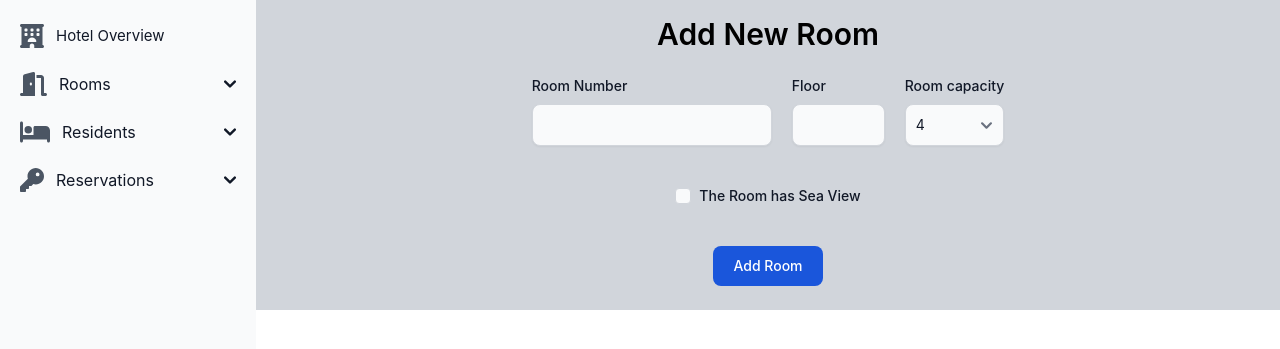
Repository: aggepap/hotelReservationsProj
Page: /rooms/add (app in admin-panel/)
An editor plug-in stored every save of this project. The page is shown before and after the next save, followed by the edit.
The browser window is 1280 px wide. The pictures show the whole page.
The project was rebuilt for these pictures with package versions that can differ from the ones it lists, and the page was loaded fresh each time. Also part of the build but not shown: admin-panel/vite.config.ts, admin-panel/src/views/HomeView.vue.

Above is the page before, as saved 2025-01-19 16:33:55.

### admin-panel/index.html
<!DOCTYPE html>
<html lang="">
  <head>
    <meta charset="UTF-8" />
    <link rel="icon" href="/favicon.ico" />
    <meta name="viewport" content="width=device-width, initial-scale=1.0" />
    <title>Vite App</title>
  </head>
  <body>
    <div id="app"></div>
    <script type="module" src="/src/main.ts"></script>
  </body>
</html>

### admin-panel/src/main.ts
import "./assets/main.css";
import "primeicons/primeicons.css";
import "flowbite";

import { createApp } from "vue";
import App from "./App.vue";
import router from "./router";

const app = createApp(App);

app.use(router);

app.mount("#app");

### admin-panel/src/assets/main.css
@import "./base.css";
@tailwind base;
@tailwind components;
@tailwind utilities;

### admin-panel/src/App.vue
<script setup lang="ts">
import { RouterLink, RouterView } from "vue-router";
import { FontAwesomeIcon } from "@fortawesome/vue-fontawesome";
import { faDoorOpen } from "@fortawesome/free-solid-svg-icons";
import { faHotel } from "@fortawesome/free-solid-svg-icons";
import { faBed } from "@fortawesome/free-solid-svg-icons";
import { faKey } from "@fortawesome/free-solid-svg-icons";
</script>

<template>
  <button
    data-drawer-target="sidebar-multi-level-sidebar"
    data-drawer-toggle="sidebar-multi-level-sidebar"
    aria-controls="sidebar-multi-level-sidebar"
    type="button"
    class="inline-flex items-center p-2 mt-2 ms-3 text-sm text-gray-500 rounded-lg sm:hidden hover:bg-gray-100 focus:outline-none focus:ring-2 focus:ring-gray-200 dark:text-gray-400 dark:hover:bg-gray-700 dark:focus:ring-gray-600"
  >
    <span class="sr-only">Open sidebar</span>
    <svg
      class="w-6 h-6"
      aria-hidden="true"
      fill="currentColor"
      viewBox="0 0 20 20"
      xmlns="http://www.w3.org/2000/svg"
    >
      <path
        clip-rule="evenodd"
        fill-rule="evenodd"
        d="M2 4.75A.75.75 0 012.75 4h14.5a.75.75 0 010 1.5H2.75A.75.75 0 012 4.75zm0 10.5a.75.75 0 01.75-.75h7.5a.75.75 0 010 1.5h-7.5a.75.75 0 01-.75-.75zM2 10a.75.75 0 01.75-.75h14.5a.75.75 0 010 1.5H2.75A.75.75 0 012 10z"
      ></path>
    </svg>
  </button>
  <section class="flex flex-row justify-between items-center">
    <aside
      id="sidebar-multi-level-sidebar"
      class="fixed top-0 left-0 z-40 w-64 h-screen transition-transform -translate-x-full sm:translate-x-0"
      aria-label="Sidebar"
    >
      <div class="h-full px-3 py-4 overflow-y-auto bg-gray-50 dark:bg-gray-800">
        <ul class="space-y-2 font-medium">
          <li>
            <a
              href="#"
              class="flex items-center p-2 text-gray-900 rounded-lg dark:text-white hover:bg-gray-100 dark:hover:bg-gray-700 group"
            >
              <FontAwesomeIcon class="text-gray-600 text-2xl" :icon="faHotel" />
              <span class="ms-3">Hotel Overview</span>
            </a>
          </li>
          <li>
            <button
              type="button"
              class="flex items-center w-full p-2 text-base text-gray-900 transition duration-75 rounded-lg group hover:bg-gray-100 dark:text-white dark:hover:bg-gray-700"
              aria-controls="dropdown-rooms"
              data-collapse-toggle="dropdown-rooms"
            >
              <FontAwesomeIcon
                class="text-gray-600 text-2xl"
                :icon="faDoorOpen"
              />

              <span
                class="flex-1 ms-3 text-left rtl:text-right whitespace-nowrap"
                >Rooms</span
              >
              <svg
                class="w-3 h-3"
                aria-hidden="true"
                xmlns="http://www.w3.org/2000/svg"
                fill="none"
                viewBox="0 0 10 6"
              >
                <path
                  stroke="currentColor"
                  stroke-linecap="round"
                  stroke-linejoin="round"
                  stroke-width="2"
                  d="m1 1 4 4 4-4"
                />
              </svg>
            </button>
            <ul id="dropdown-rooms" class="hidden py-2 space-y-2">
              <li>
                <RouterLink
                  to="/rooms/add"
                  class="flex justify-start gap-2 items-start w-full p-2 text-gray-900 transition duration-75 rounded-lg pl-11 group hover:bg-gray-100 dark:text-white dark:hover:bg-gray-700"
                >
                  <i class="pi pi-plus pt-1"></i> Add new Room</RouterLink
                >
              </li>
            </ul>
          </li>
          <li>
            <button
              type="button"
              class="flex items-center w-full p-2 text-base text-gray-900 transition duration-75 rounded-lg group hover:bg-gray-100 dark:text-white dark:hover:bg-gray-700"
              aria-controls="dropdown-residents"
              data-collapse-toggle="dropdown-residents"
            >
              <FontAwesomeIcon class="text-gray-600 text-2xl" :icon="faBed" />

              <span
                class="flex-1 ms-3 text-left rtl:text-right whitespace-nowrap"
                >Residents</span
              >
              <svg
                class="w-3 h-3"
                aria-hidden="true"
                xmlns="http://www.w3.org/2000/svg"
                fill="none"
                viewBox="0 0 10 6"
              >
                <path
                  stroke="currentColor"
                  stroke-linecap="round"
                  stroke-linejoin="round"
                  stroke-width="2"
                  d="m1 1 4 4 4-4"
                />
              </svg>
            </button>
            <ul id="dropdown-residents" class="hidden py-2 space-y-2">
              <li>
                <a
                  href="#"
                  class="flex justify-start gap-2 items-start w-full p-2 text-gray-900 transition duration-75 rounded-lg pl-11 group hover:bg-gray-100 dark:text-white dark:hover:bg-gray-700"
                >
                  <i class="pi pi-plus pt-1"></i> Add a Resident</a
                >
              </li>
            </ul>
          </li>
          <li>
            <button
              type="button"
              class="flex items-center w-full p-2 text-base text-gray-900 transition duration-75 rounded-lg group hover:bg-gray-100 dark:text-white dark:hover:bg-gray-700"
              aria-controls="dropdown-reservations"
              data-collapse-toggle="dropdown-reservations"
            >
              <FontAwesomeIcon class="text-gray-600 text-2xl" :icon="faKey" />

              <span
                class="flex-1 ms-3 text-left rtl:text-right whitespace-nowrap"
                >Reservations</span
              >
              <svg
                class="w-3 h-3"
                aria-hidden="true"
                xmlns="http://www.w3.org/2000/svg"
                fill="none"
                viewBox="0 0 10 6"
              >
                <path
                  stroke="currentColor"
                  stroke-linecap="round"
                  stroke-linejoin="round"
                  stroke-width="2"
                  d="m1 1 4 4 4-4"
                />
              </svg>
            </button>
            <ul id="dropdown-reservations" class="hidden py-2 space-y-2">
              <li>
                <a
                  href="#"
                  class="flex justify-start gap-2 items-start w-full p-2 text-gray-900 transition duration-75 rounded-lg pl-11 group hover:bg-gray-100 dark:text-white dark:hover:bg-gray-700"
                >
                  <i class="pi pi-plus pt-1"></i> Add a Reservation</a
                >
              </li>
            </ul>
          </li>
        </ul>
      </div>
    </aside>

    <main class="flex items-start h-screen w-full pl-64">
      <div class="mx-auto w-full md:p-6 bg-gray-300 pt-12">
        <RouterView />
      </div>
    </main>
  </section>
</template>

### admin-panel/src/router/index.ts
import { createRouter, createWebHistory } from "vue-router";
import HomeView from "../views/HomeView.vue";
import AddRoomView from "@/views/roomviews/AddRoomView.vue";

const router = createRouter({
  history: createWebHistory(import.meta.env.BASE_URL),
  routes: [
    {
      path: "/",
      name: "home",
      component: HomeView,
    },
    {
      path: "/rooms/add",
      name: "addRoom",
      component: AddRoomView,
    },
    {
      path: "/about",
      name: "about",
      // route level code-splitting
      // this generates a separate chunk (About.[hash].js) for this route
      // which is lazy-loaded when the route is visited.
      component: () => import("../views/AboutView.vue"),
    },
  ],
});

export default router;

### admin-panel/src/views/roomviews/AddRoomView.vue
<script setup>
import { reactive } from "vue";

const formData = reactive({
  roomNumber: "",
  floorNumber: "",
  roomCapacity: "4",
  hasSeaview: true,
});

const handleSubmit = () => {
  console.log(formData);
};
</script>

<template>
  <h2 class="text-black text-3xl text-center leading-5 font-semibold mb-8">
    Add New Room
  </h2>
  <form class="w-full mx-auto flex flex-col items-center gap-5">
    <div class="flex items-center justify-center gap-5">
      <div class="mb-5">
        <label
          for="newRoomNumber"
          class="block mb-2 text-sm font-medium text-gray-900 dark:text-white"
          >Room Number</label
        >
        <input
          v-model="formData.roomNumber"
          type="number"
          id="newRoomNumber"
          class="shadow-sm bg-gray-50 border border-gray-300 text-gray-900 text-sm rounded-lg focus:ring-blue-500 focus:border-blue-500 block w-full p-2.5 dark:bg-gray-700 dark:border-gray-600 dark:placeholder-gray-400 dark:text-white dark:focus:ring-blue-500 dark:focus:border-blue-500 dark:shadow-sm-light"
          min="1"
          required
        />
      </div>
      <div class="mb-5">
        <label
          for="floorNumber"
          class="block mb-2 text-sm font-medium text-gray-900 dark:text-white"
          >Floor</label
        >
        <input
          v-model="formData.floorNumber"
          type="number"
          id="floorNumber"
          class="shadow-sm bg-gray-50 border border-gray-300 text-gray-900 text-sm rounded-lg focus:ring-blue-500 focus:border-blue-500 block w-full p-2.5 dark:bg-gray-700 dark:border-gray-600 dark:placeholder-gray-400 dark:text-white dark:focus:ring-blue-500 dark:focus:border-blue-500 dark:shadow-sm-light"
          min="1"
          max="15"
          required
        />
      </div>
      <div class="mb-5">
        <label
          for="repeat-password"
          class="block mb-2 text-sm font-medium text-gray-900 dark:text-white"
          >Room capacity</label
        >
        <select
          v-model="formData.roomCapacity"
          id="roomCapacity"
          class="shadow-sm bg-gray-50 border border-gray-300 text-gray-900 text-sm rounded-lg focus:ring-blue-500 focus:border-blue-500 block w-full p-2.5 dark:bg-gray-700 dark:border-gray-600 dark:placeholder-gray-400 dark:text-white dark:focus:ring-blue-500 dark:focus:border-blue-500 dark:shadow-sm-light"
          required
        >
          <option value="2">2</option>
          <option value="3">3</option>
          <option value="4">4</option>
        </select>
      </div>
    </div>
    <div class="flex items-start mb-5">
      <div class="flex items-center h-5">
        <input
          id="hasSeaview"
          type="checkbox"
          value=""
          class="w-4 h-4 border border-gray-300 rounded bg-gray-50 focus:ring-3 focus:ring-blue-300 dark:bg-gray-700 dark:border-gray-600 dark:focus:ring-blue-600 dark:ring-offset-gray-800 dark:focus:ring-offset-gray-800"
          required
        />
      </div>
      <label
        for="hasSeaview"
        class="ms-2 text-sm font-medium text-gray-900 dark:text-gray-300"
        >The Room has Sea View</label
      >
    </div>

    <button
      @click.prevent="handleSubmit"
      type="submit"
      class="text-white bg-blue-700 hover:bg-blue-800 focus:ring-4 focus:outline-none focus:ring-blue-300 font-medium rounded-lg text-sm px-5 py-2.5 text-center dark:bg-blue-600 dark:hover:bg-blue-700 dark:focus:ring-blue-800"
    >
      Add Room
    </button>
  </form>
</template>

### admin-panel/tailwind.config.js
/** @type {import('tailwindcss').Config} */
export default {
  content: [
    "./index.html",
    "./src/**/*.{vue,js,ts,jsx,tsx}",
    "./node_modules/flowbite/**/*.js",
  ],
  theme: {
    extend: {},
  },
  plugins: [require("flowbite/plugin")],
};

Loaded but not shown: admin-panel/src/assets/base.css (common file)

After the next save:
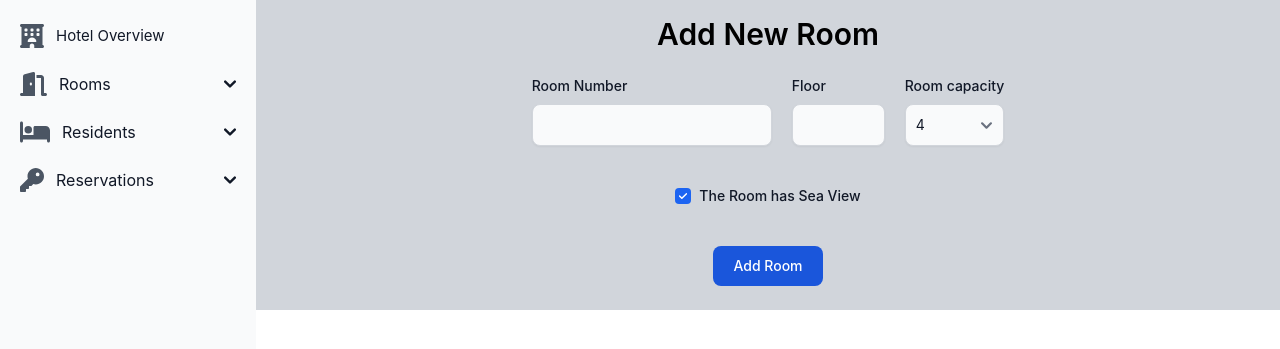
Saved 92 s later.
--- a/admin-panel/src/views/roomviews/AddRoomView.vue
+++ b/admin-panel/src/views/roomviews/AddRoomView.vue
@@ -71,6 +71,7 @@ const handleSubmit = () => {
     <div class="flex items-start mb-5">
       <div class="flex items-center h-5">
         <input
+          v-model="formData.hasSeaview"
           id="hasSeaview"
           type="checkbox"
           value=""

After the save that followed:
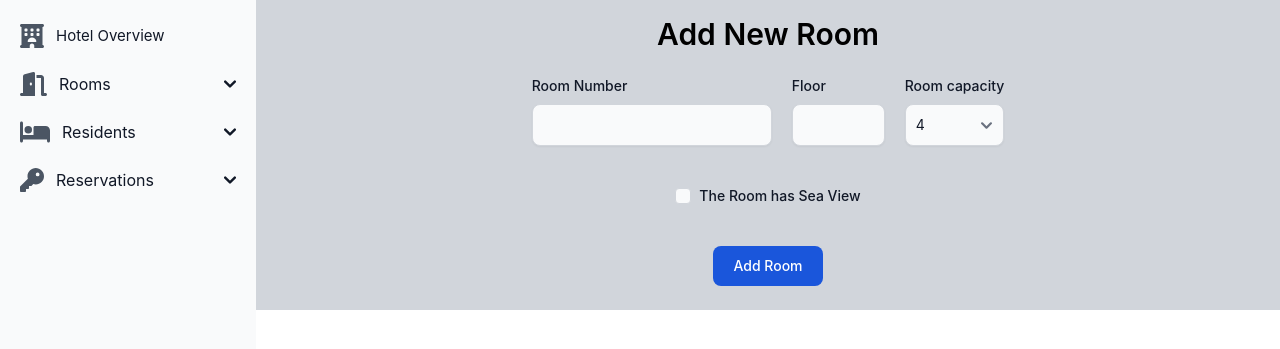
Saved 39 s later.
--- a/admin-panel/src/views/roomviews/AddRoomView.vue
+++ b/admin-panel/src/views/roomviews/AddRoomView.vue
@@ -5,7 +5,7 @@ const formData = reactive({
   roomNumber: "",
   floorNumber: "",
   roomCapacity: "4",
-  hasSeaview: true,
+  hasSeaview: "",
 });
 
 const handleSubmit = () => {
